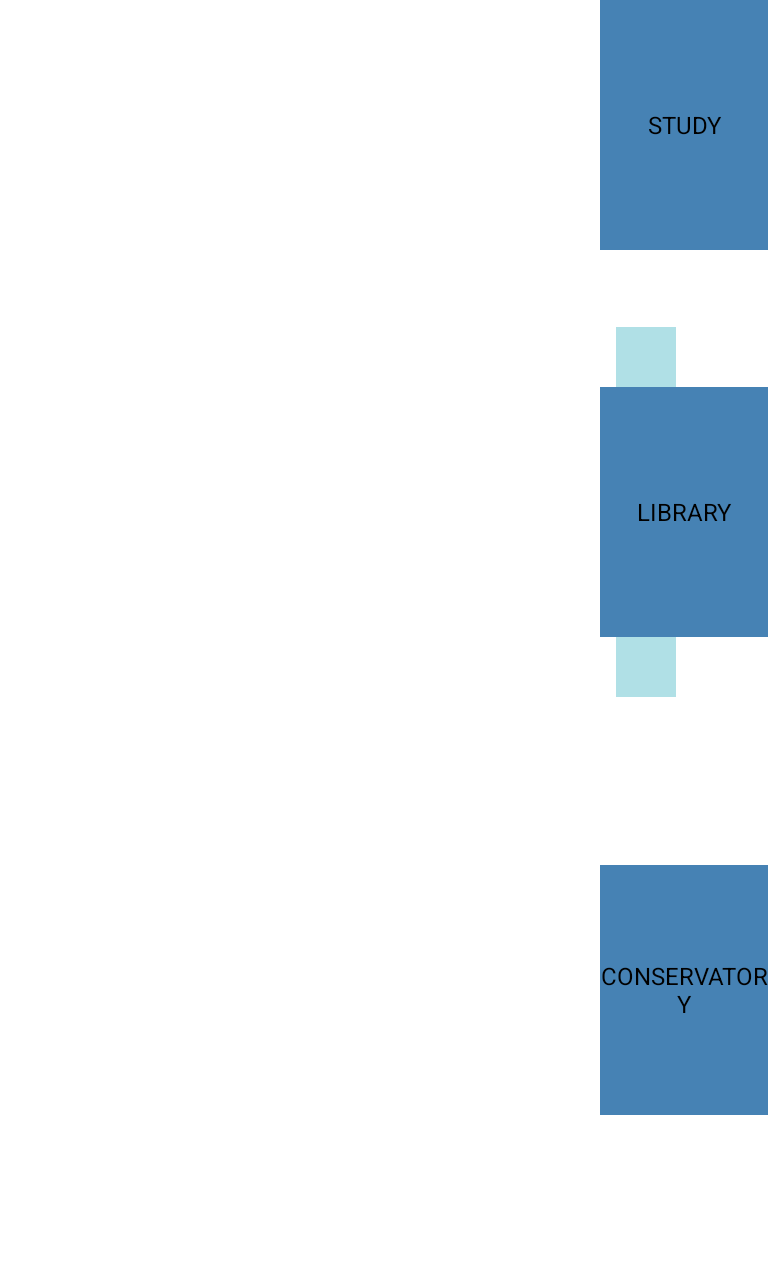
Repository: gilday/clue-less
Layout: src/clueless-android/res/layout/activity_play_game.xml
These files come from the project's save history. The layout is drawn as it stood at one moment and after the next save; the edit follows.
It is drawn on a 768 x 1280 px phone screen (xhdpi) without system bars, with theme AppTheme; the app's code is not run.

Above is the layout before, as saved 2012-12-04 09:31:37.

After the next save:
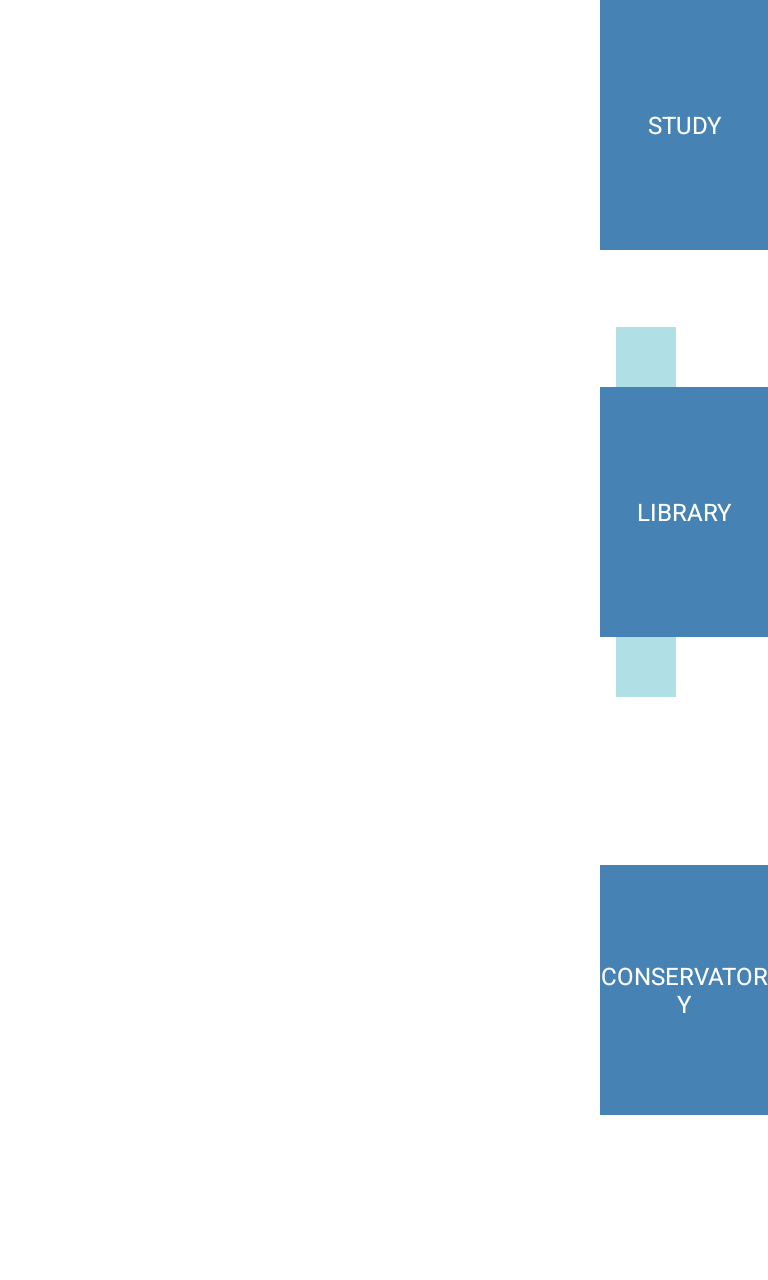
Saved 66 s later.
--- a/src/clueless-android/res/layout/activity_play_game.xml
+++ b/src/clueless-android/res/layout/activity_play_game.xml
@@ -13,7 +13,8 @@
         android:layout_toRightOf="@+id/Button05"
         android:background="@color/room_color"
         android:text="@string/Hall"
-        android:textSize="12sp" />
+        android:textSize="12sp"
+        android:textColor="@color/white"/>
 
     <Button
         android:id="@+id/Button03"
@@ -24,7 +25,8 @@
         android:layout_alignLeft="@+id/Button01"
         android:background="@color/room_color"
         android:text="@string/Ballroom"
-        android:textSize="12sp" />
+        android:textSize="12sp"
+        android:textColor="@color/white"/>
 
     <Button
         android:id="@+id/Button02"
@@ -35,7 +37,8 @@
         android:layout_marginTop="30dp"
         android:background="@color/room_color"
         android:text="@string/Billiard_Room"
-        android:textSize="12sp" />
+        android:textSize="12sp"
+        android:textColor="@color/white"/>
 
     <Button
         android:id="@+id/button1"
@@ -58,7 +61,8 @@
         android:layout_marginTop="30dp"
         android:background="@color/room_color"
         android:text="@string/Kitchen"
-        android:textSize="12sp" />
+        android:textSize="12sp"
+        android:textColor="@color/white"/>
 
     <Button
         android:id="@+id/Button04"
@@ -70,7 +74,8 @@
         android:layout_marginLeft="300dp"
         android:background="@color/room_color"
         android:text="@string/Conservatory"
-        android:textSize="12sp" />
+        android:textSize="12sp"
+        android:textColor="@color/white"/>
 
     <Button
         android:id="@+id/Button06"
@@ -81,7 +86,8 @@
         android:layout_alignLeft="@+id/Button04"
         android:background="@color/room_color"
         android:text="@string/Library"
-        android:textSize="12sp" />
+        android:textSize="12sp"
+        android:textColor="@color/white"/>
 
     <Button
         android:id="@+id/Button05"
@@ -91,7 +97,8 @@
         android:layout_alignParentTop="true"
         android:background="@color/room_color"
         android:text="@string/Study"
-        android:textSize="12sp" />
+        android:textSize="12sp"
+        android:textColor="@color/white"/>
 
     <Button
         android:id="@+id/button2"
@@ -102,7 +109,8 @@
         android:layout_alignLeft="@+id/button1"
         android:background="@color/room_color"
         android:text="@string/Dining_Room"
-        android:textSize="12sp" />
+        android:textSize="12sp"
+        android:textColor="@color/white"/>
 
     <Button
         android:id="@+id/LoungeToHall"
